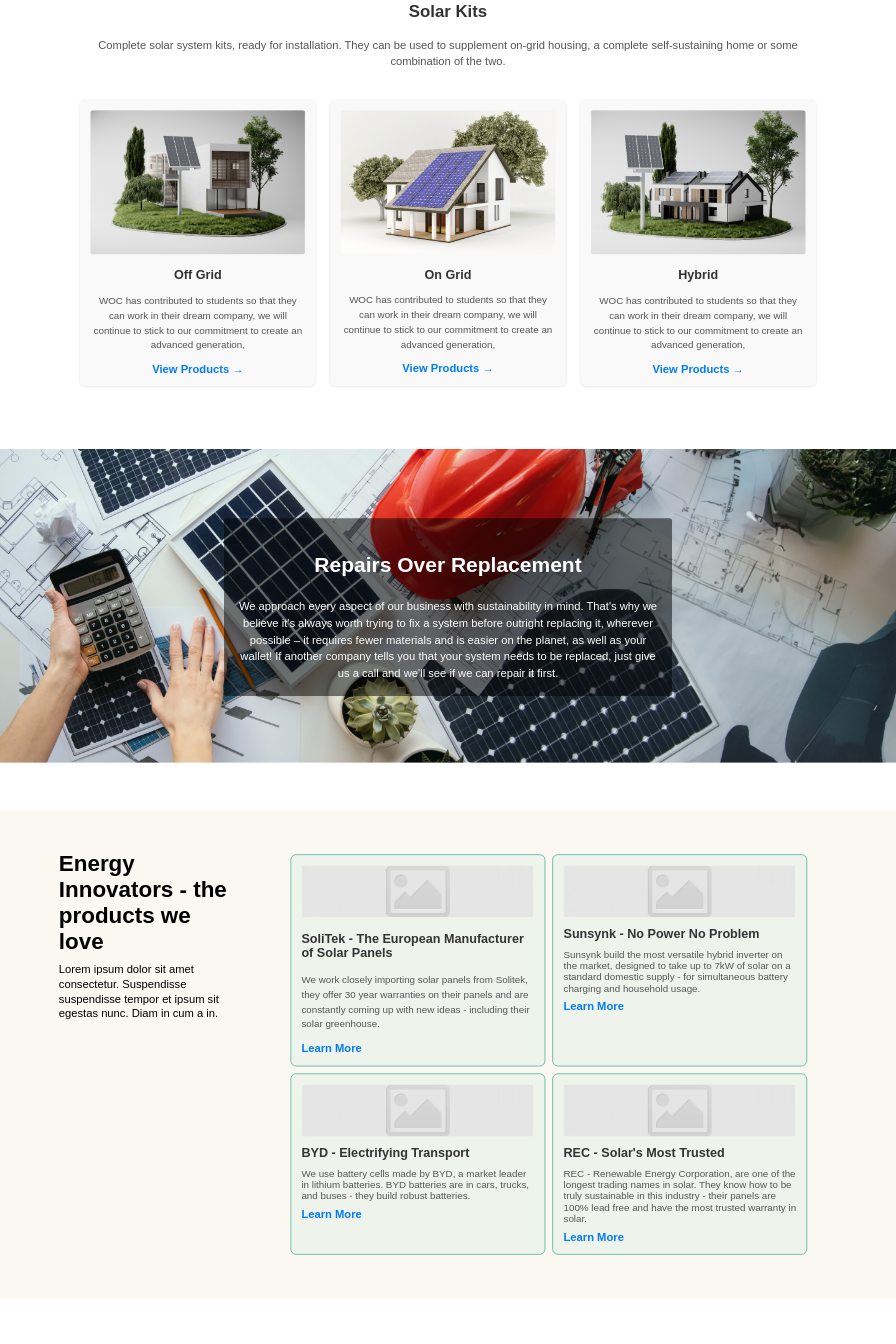
Repository: MaramNabil872/Landing-Page
Page: landingPage.html
An editor plug-in stored every save of this project. The page is shown before and after the next save, followed by the edit.
The browser window is 1280 px wide. The pictures show the part of the page from y = 1968 to 3888 px (the page is 3888 px tall before and 3758 px after), at 70% of full size.

Above is the page before, as saved 2024-10-21 18:02:01.

After the next save:
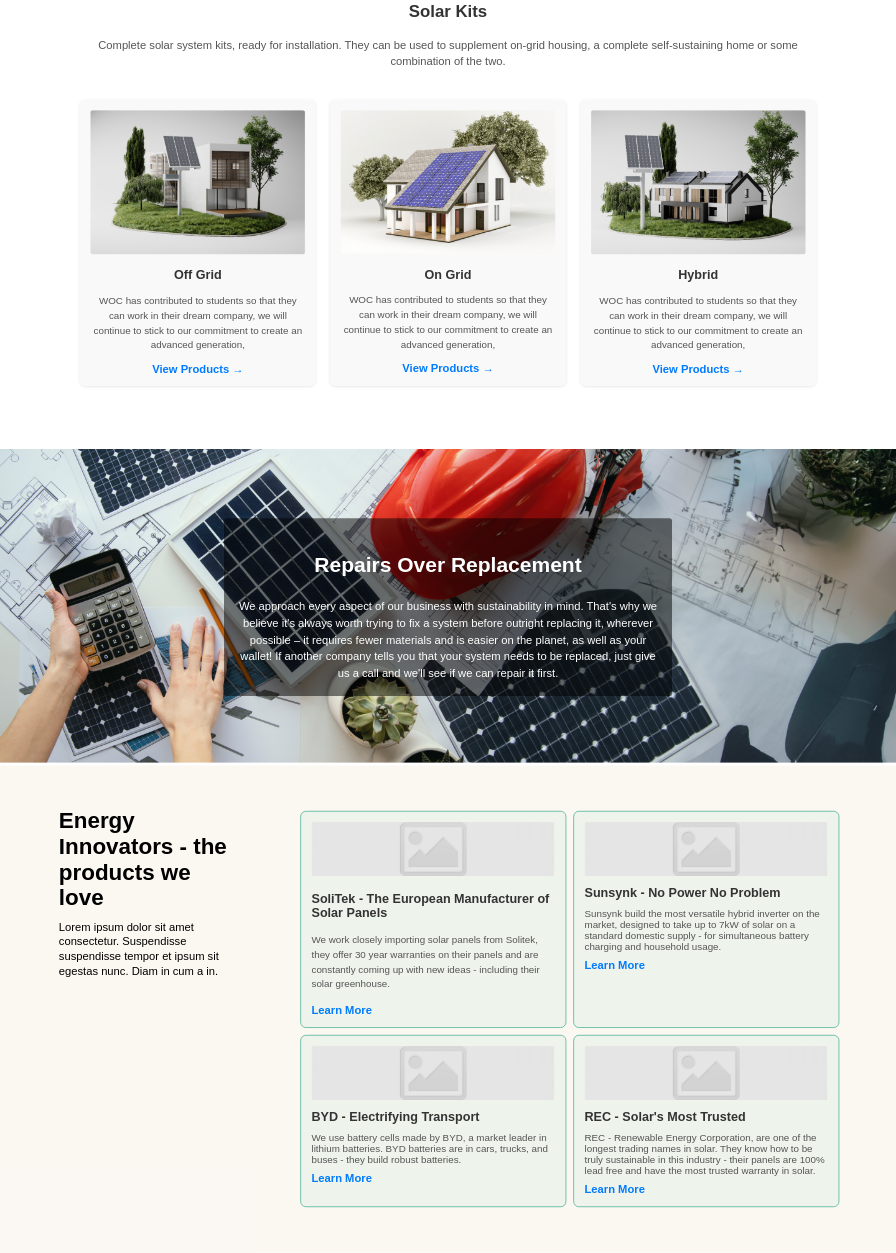
Saved 4 s later.
--- a/landingPage.css
+++ b/landingPage.css
@@ -338,7 +338,7 @@ font-size: 35px;
 .container4 {
     display: flex;
     max-width: 1200px;
-    margin: 5%;
+    margin-left: 5%;
 
 
 }
